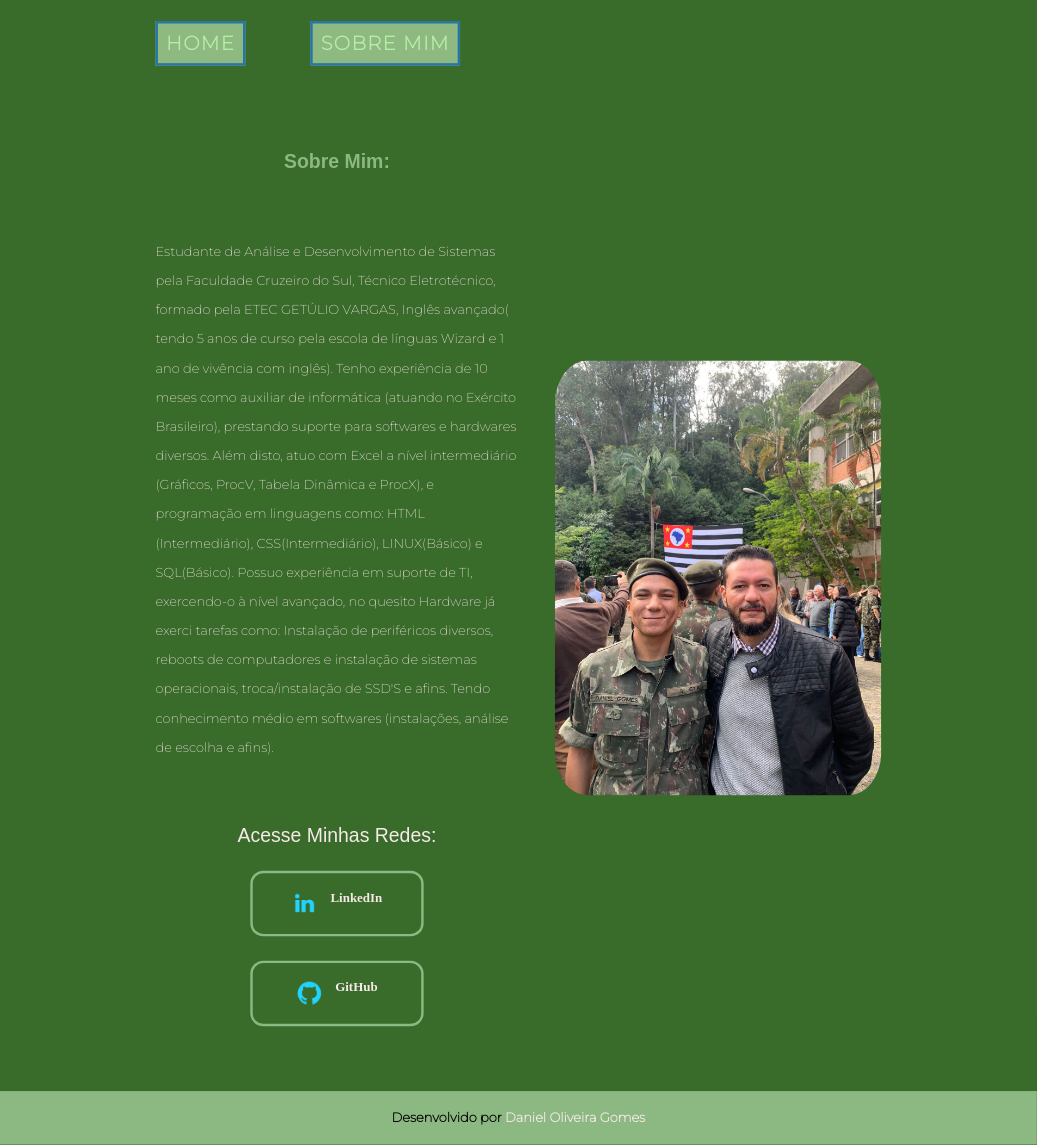
Repository: DamnDTX/Portfolio-Daniel-Oliveira-1
Page: about.html
These files come from the project's save history. The page is drawn as it stood at one moment and after the next save; the edit follows.
The browser window is 1280 px wide. The pictures show the whole page, at 81% of full size.
Some web fonts or font styles are not loaded; a fallback is used.

Above is the page before, as saved 2023-07-11 18:43:00.

After the next save:
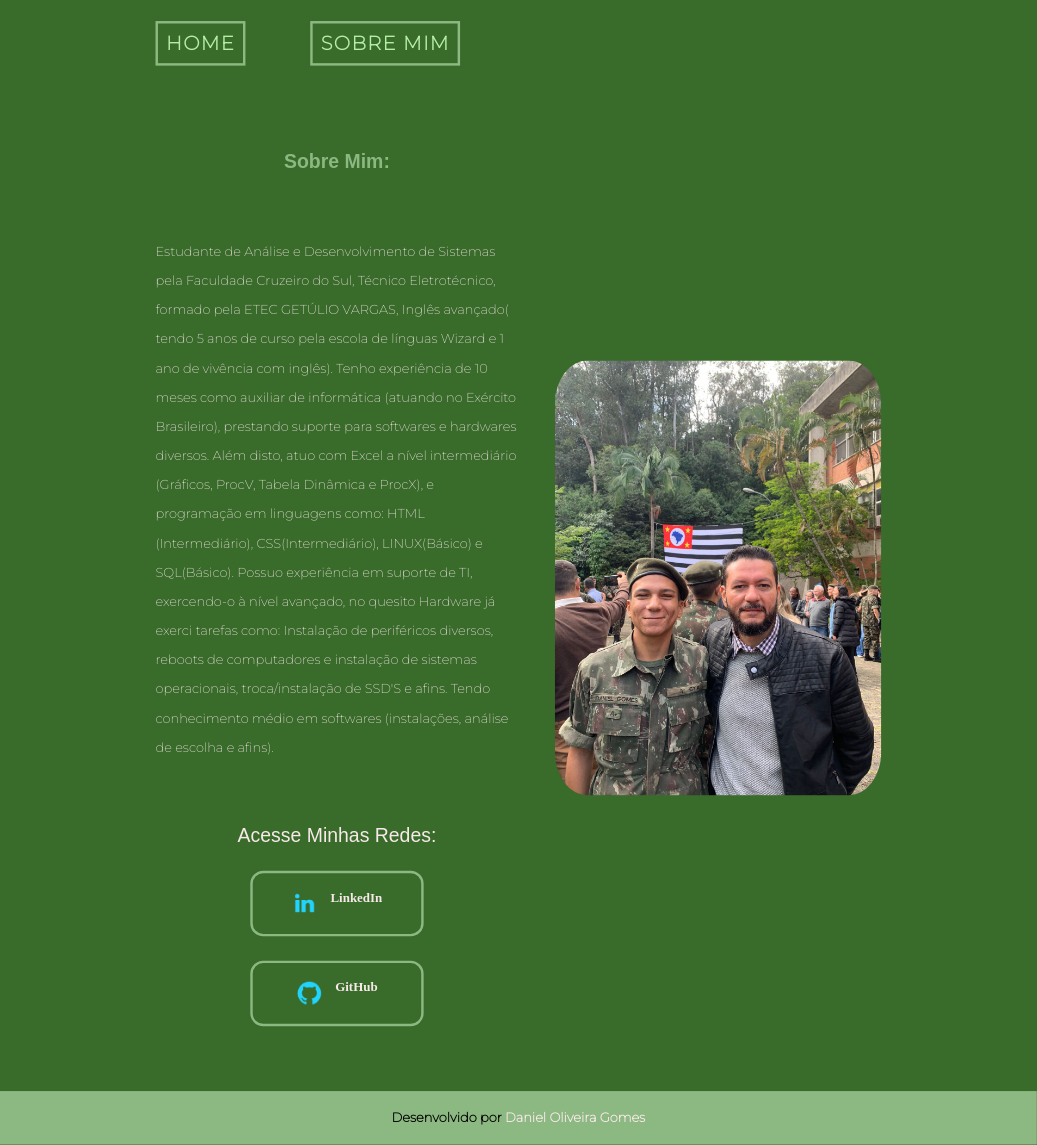
Saved 17 s later.
--- a/styles/about.css
+++ b/styles/about.css
@@ -45,9 +45,9 @@ gap: 80px;}
     text-transform: uppercase;
     letter-spacing: 0.1rem;
     border-style: solid;
-    border-color: #2675a6;
+    border-color: #8EBA82;
     padding: 10px;
-    background-color: #8EBA82;
+    background-color: transparent;
 }
 
 .principal{display: flex;
